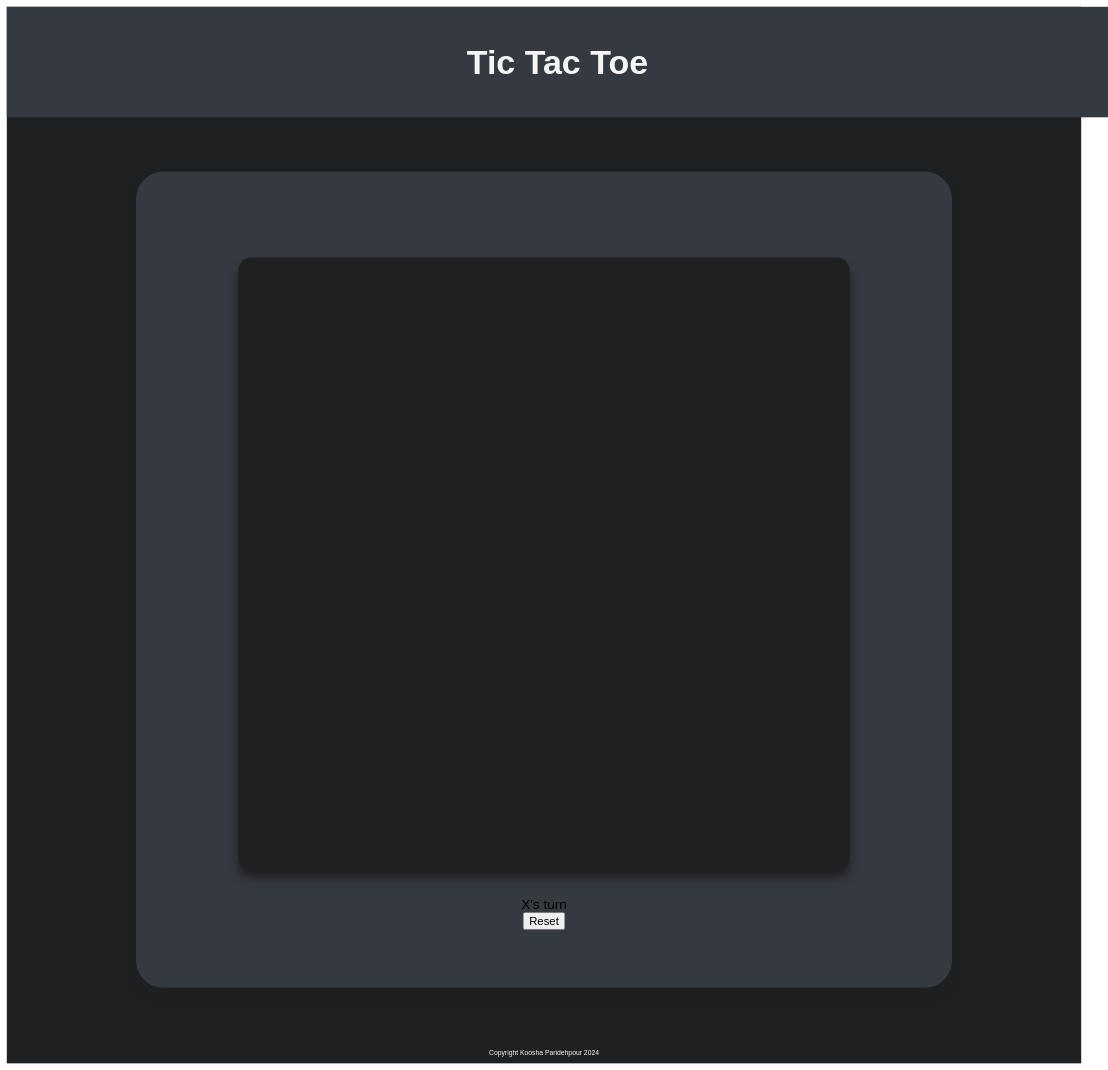
Repository: KooshaPari/odin-TTT
Page: index.html
These files come from the project's save history. The page is drawn as it stood at one moment and after the next save; the edit follows.
The browser window is 1280 px wide. The page is 1304 px wide, so the pictures cover 1304 px, including what lies to the right of the window. The pictures show the whole page, at 85% of full size.

Above is the page before, as saved 2024-03-14 22:51:05.

After the next save:
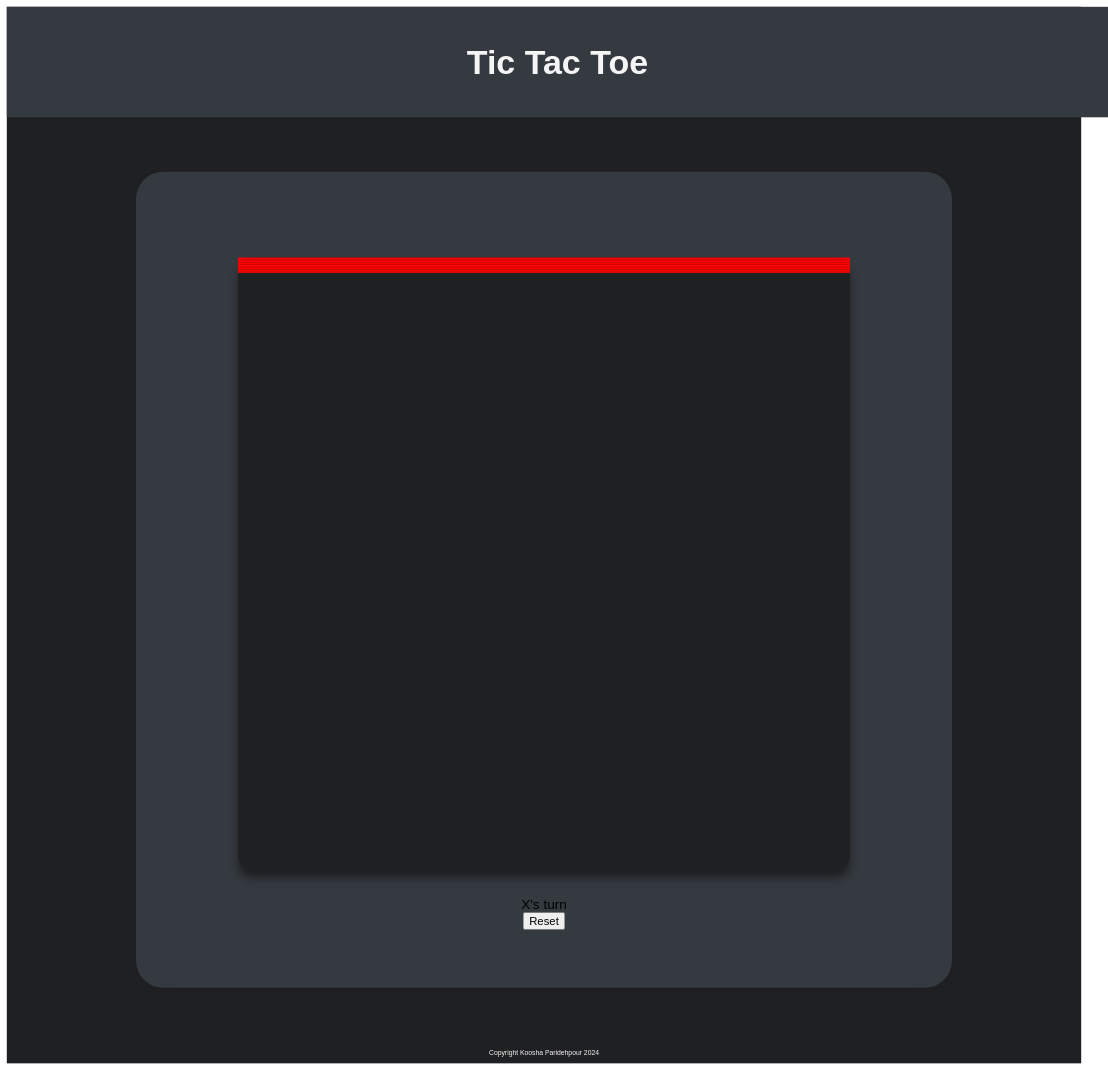
Saved 33 s later.
--- a/style.css
+++ b/style.css
@@ -97,3 +97,6 @@
   -ms-transition: 10s ease-in-out;
   -o-transition: 10s ease-in-out;
 }
+.square {
+  border: 0.1px solid red;
+}
